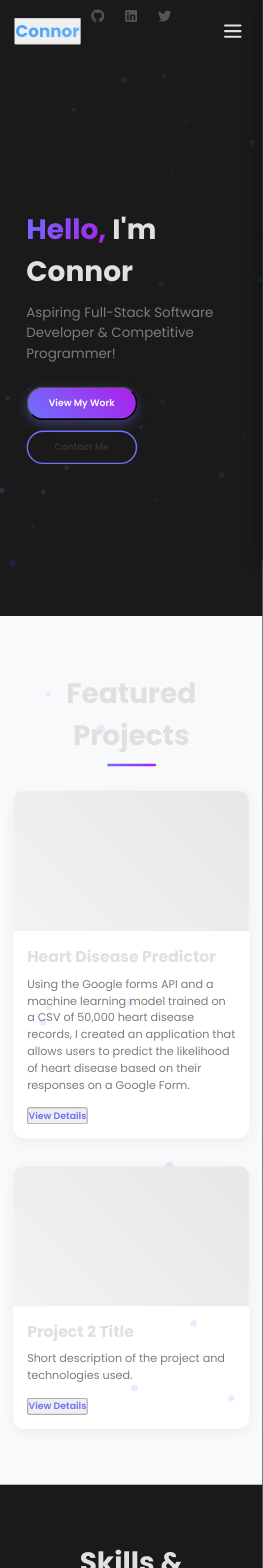
Repository: connorGS9/portfolio-website
Page: /
The author's editor kept a copy of each file at every save. The page is drawn from the files as they stood at one save, then again after the next save.
The browser window is 375 px wide. The pictures show the part of the page from y = 0 to 2240 px (the page is 5221 px tall), at 70% of full size.
The project was rebuilt for these pictures with package versions that can differ from the ones it lists, and the page was loaded fresh each time.

Above is the page before, as saved 2025-05-28 22:35:09.

After the next save:
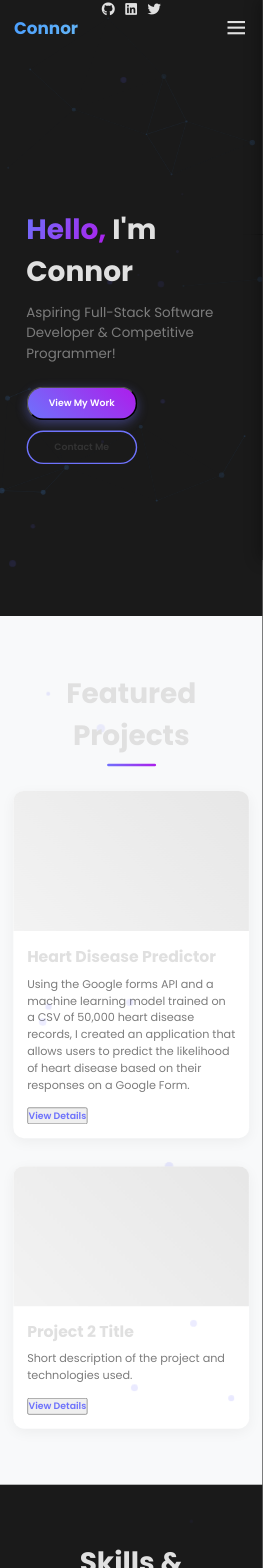
Saved 4 min 20 s later.
--- a/src/styles/Navbar.css
+++ b/src/styles/Navbar.css
@@ -3,37 +3,38 @@
     top: 0;
     left: 0;
     width: 100%;
-    z-index: 100;
+    z-index: 1000;
+    background: transparent;
+    transition: all 0.3s ease;
     padding: 20px 0;
-    transition: all 0.4s ease;
   }
 
   .navbar--scrolled {
-    background-color: rgba(26, 26, 26, 0.95);
+    background: var(--dark-color);
+    box-shadow: 0 2px 20px rgba(0, 0, 0, 0.1);
     padding: 15px 0;
-    box-shadow: 0 5px 20px rgba(0, 0, 0, 0.3);
-    backdrop-filter: blur(10px);
   }
 
   .navbar__container {
-    display: flex;
-    justify-content: space-between;
-    align-items: center;
     max-width: 1400px;
     margin: 0 auto;
     padding: 0 50px;
+    display: flex;
+    justify-content: space-between;
+    align-items: center;
   }
 
   .navbar__logo {
-    text-decoration: none;
+    background: none;
+    border: none;
+    cursor: pointer;
+    padding: 0;
+  }
+
+  .logo-text {
     font-size: 1.8rem;
     font-weight: 700;
     color: var(--text-color);
-    position: relative;
-    z-index: 10;
-  }
-
-  .logo-text {
     background: linear-gradient(120deg, var(--primary-color), var(--secondary-color));
     background-clip: text;
     -webkit-background-clip: text;
@@ -46,22 +47,20 @@
     background: none;
     border: none;
     cursor: pointer;
-    padding: 10px;
-    z-index: 10;
+    padding: 5px;
   }
 
   .toggle-bar {
     display: block;
     width: 25px;
     height: 3px;
+    background: var(--text-color);
     margin: 5px 0;
-    background-color: var(--text-color);
     transition: all 0.3s ease;
-    border-radius: 1.5px;
   }
 
   .navbar__toggle.active .toggle-bar:nth-child(1) {
-    transform: translateY(8px) rotate(45deg);
+    transform: rotate(45deg) translate(5px, 5px);
   }
 
   .navbar__toggle.active .toggle-bar:nth-child(2) {
@@ -69,7 +68,7 @@
   }
 
   .navbar__toggle.active .toggle-bar:nth-child(3) {
-    transform: translateY(-8px) rotate(-45deg);
+    transform: rotate(-45deg) translate(7px, -6px);
   }
 
   .navbar__menu {
@@ -82,24 +81,26 @@
     list-style: none;
     margin: 0;
     padding: 0;
+    gap: 30px;
   }
 
   .navbar__nav-item {
-    margin: 0 15px;
+    margin: 0;
   }
 
   .navbar__nav-link {
+    background: none;
+    border: none;
     font-size: 1rem;
     font-weight: 600;
     color: var(--text-color);
-    text-decoration: none;
+    cursor: pointer;
+    padding: 5px 0;
+    position: relative;
     transition: color 0.3s ease;
-    position: relative;
-    padding: 5px 0;
-  }
-
-  .navbar__nav-link:hover,
-  .navbar__nav-link.active {
+  }
+
+  .navbar__nav-link:hover {
     color: var(--primary-color);
   }
 
@@ -114,25 +115,24 @@
     transition: width 0.3s ease;
   }
 
-  .navbar__nav-link:hover::after,
-  .navbar__nav-link.active::after {
+  .navbar__nav-link:hover::after {
     width: 100%;
   }
 
   .navbar__social {
     display: flex;
     align-items: center;
+    gap: 15px;
   }
 
   .social-link {
+    color: var(--text-color);
     font-size: 1.2rem;
-    color: #555;
-    margin-left: 15px;
     transition: color 0.3s ease;
   }
 
   .social-link:hover {
-    color: #6e72fc;
+    color: var(--primary-color);
   }
 
   /* Responsive Styles */
@@ -166,10 +166,11 @@
     .navbar__nav {
       flex-direction: column;
       align-items: center;
+      gap: 20px;
     }
 
     .navbar__nav-item {
-      margin: 15px 0;
+      margin: 10px 0;
     }
 
     .navbar__nav-link {
@@ -183,10 +184,6 @@
       width: 100%;
       justify-content: center;
     }
-
-    .social-link {
-      margin: 0 15px;
-    }
   }
 
   @media (max-width: 480px) {
@@ -194,11 +191,11 @@
       padding: 0 20px;
     }
 
+    .logo-text {
+      font-size: 1.5rem;
+    }
+
     .navbar__menu {
       width: 100%;
     }
-
-    .navbar__logo {
-      font-size: 1.5rem;
-    }
-  }
+  }
